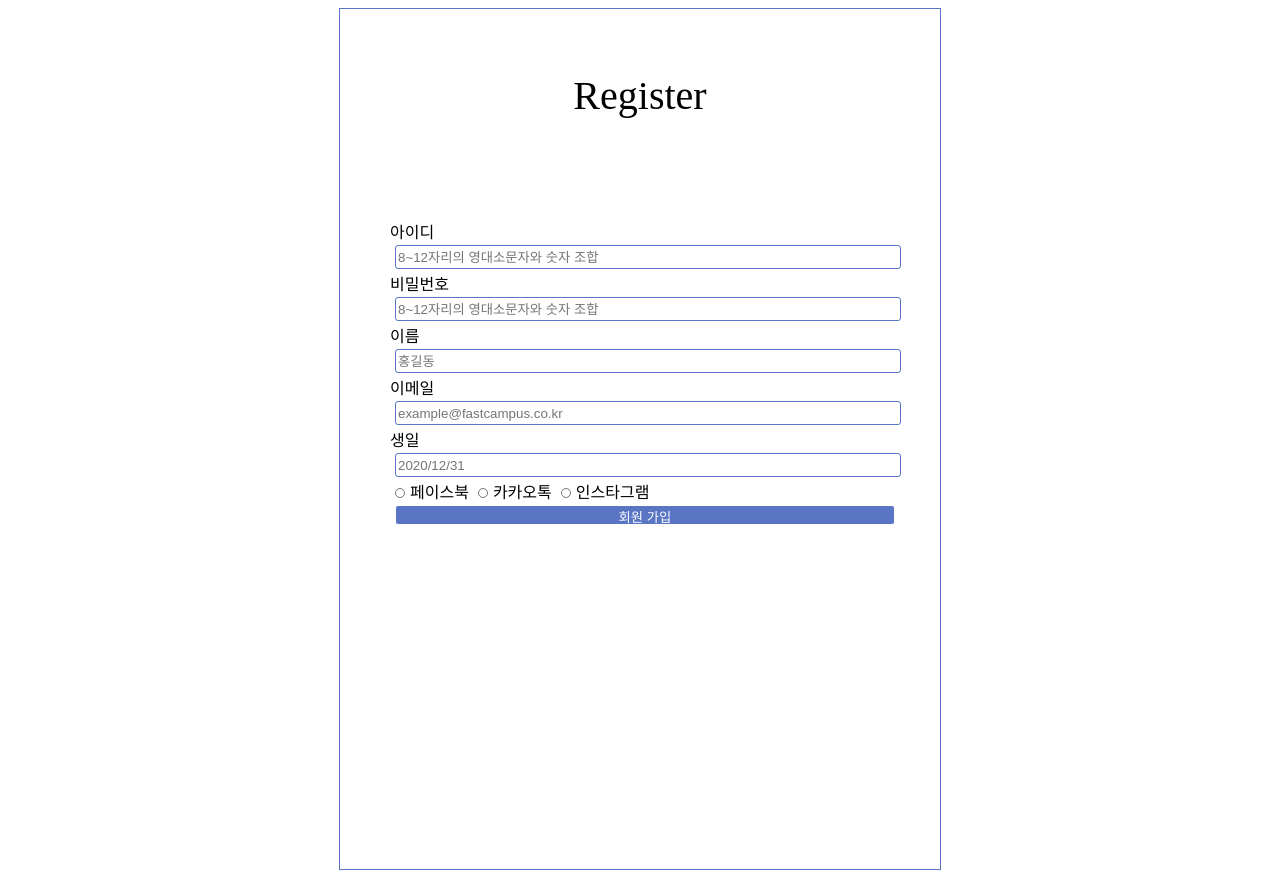
Repository: ksj2001/SpringBasic2024
Page: http://localhost/MVC_join/
An editor plug-in stored every save of this project. The page is shown before and after the next save, followed by the edit.
The browser window is 1280 px wide. The pictures show the whole page.
The page is served by Tomcat 9. Other server files are loaded and not shown.

Above is the page before, as saved 2024-07-02 15:22:10.

### MVC_join/src/main/webapp/WEB-INF/views/index.jsp
<%@ page language="java" contentType="text/html; charset=UTF-8"
    pageEncoding="UTF-8"%>
<!DOCTYPE html>
<html>
<head>
<meta charset="UTF-8">
<title>Insert title here</title>
<style type="text/css">
	body{
		display: flex;
		justify-content: center;
		align-items: center;
	}
	.registerBox{
		width: 500px;
		height: 800px;
		border: 1px solid #5975C4;
		padding: 30px 50px;
	}
	.registerBox h2{
		font-size: 40px;
		font-weight: 500;
		text-align: center;
		margin-bottom: 100px;
	}
	input{
		width: 100%;
		height: 20px;
		margin: 2px 5px;
		border: 1px solid #5975C4;
		border-radius: 3px;
	}
	input[type=radio]{
		width:10px;
		height:10px;
	}
	input[type=submit]{
		border-color: white;
		color: white;
		background-color: #5975C4;
	}
</style>
</head>
<body>
	<div class="registerBox">
		<h2>Register</h2>
		<form action="member/register" method="post">
			<label>아이디</label><br>
			<input type="text" placeholder="8~12자리의 영대소문자와 숫자 조합"><br>
			<label>비밀번호</label><br>
			<input type="password" placeholder="8~12자리의 영대소문자와 숫자 조합"><br>
			<label>이름</label><br>
			<input type="text" placeholder="홍길동"><br>
			<label>이메일</label><br>
			<input type="text" placeholder="example@fastcampus.co.kr"><br>
			<label>생일</label><br>
			<input type="text" placeholder="2020/12/31"><br>
			<div class="selectSns">
				<input type="radio" name="sns" value="facebook">페이스북
				<input type="radio" name="sns" value="kakaotalk">카카오톡
				<input type="radio" name="sns" value="instagram">인스타그램
			</div>
			<input type="submit" value="회원 가입">
		</form>
	</div>
</body>
</html>

After the next save:
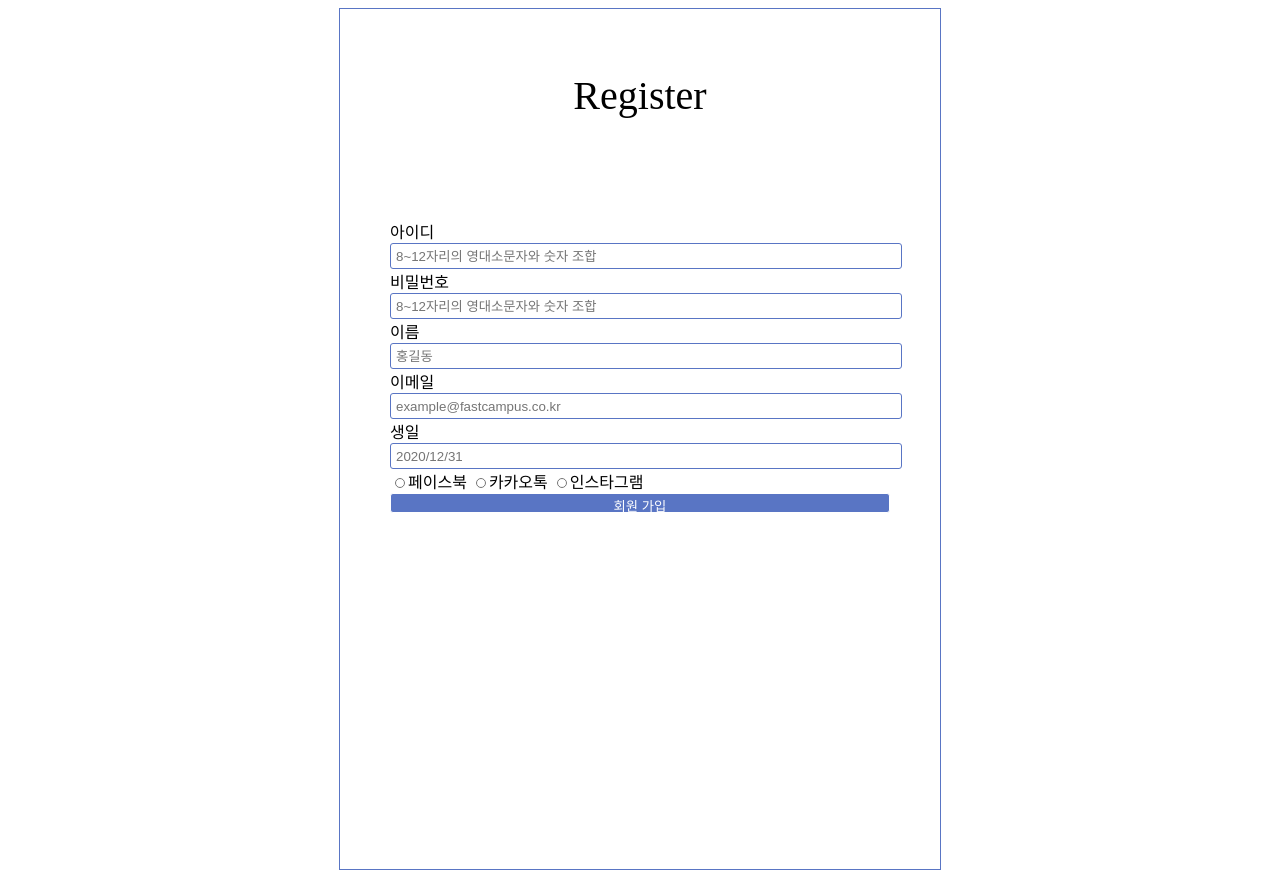
Saved 5 s later.
--- a/MVC_join/src/main/webapp/WEB-INF/views/index.jsp
+++ b/MVC_join/src/main/webapp/WEB-INF/views/index.jsp
@@ -26,7 +26,7 @@
 	input{
 		width: 100%;
 		height: 20px;
-		margin: 2px 5px;
+		padding: 2px 5px;
 		border: 1px solid #5975C4;
 		border-radius: 3px;
 	}
